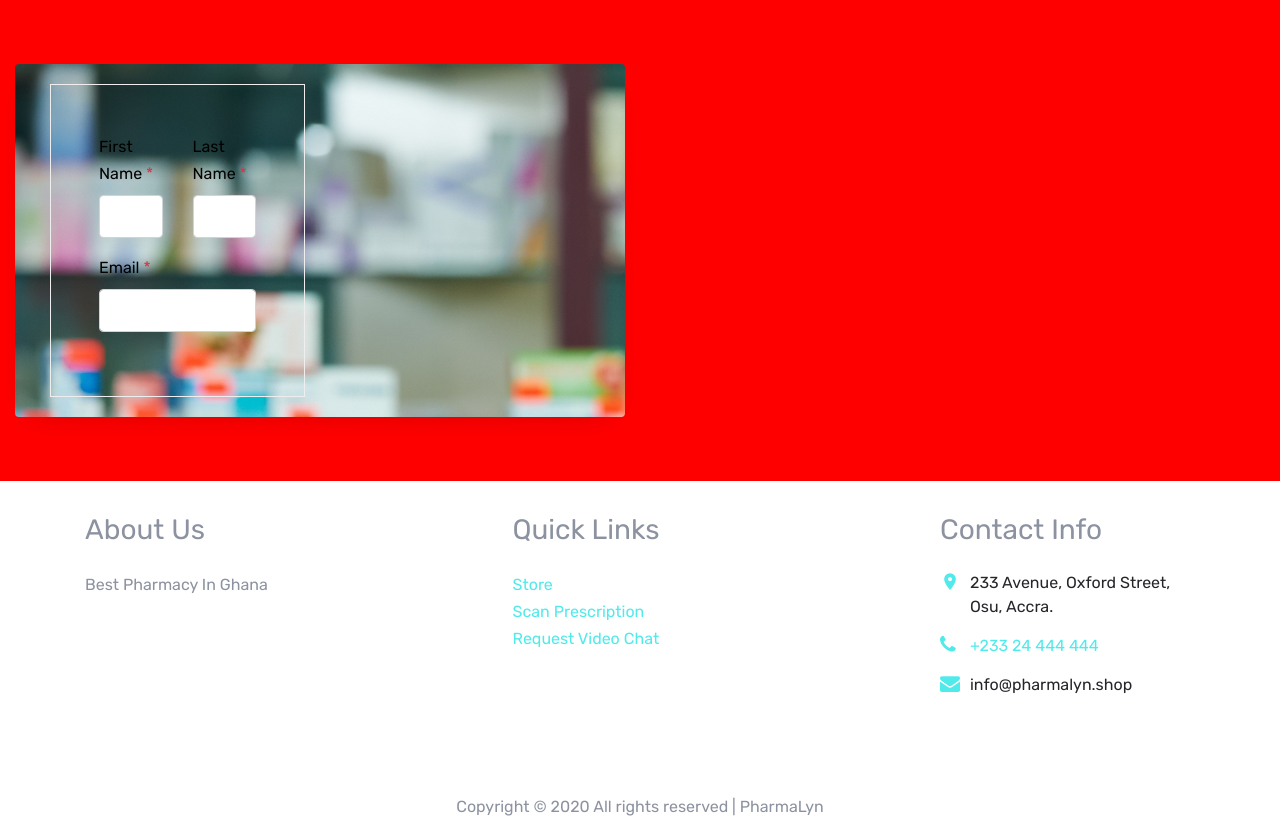
Repository: Nat-A/finalyearproject
Page: pharma/index - Copy.html
An editor plug-in stored every save of this project. The page is shown before and after a run of saves, followed by the edit.
The browser window is 1280 px wide. The pictures show the part of the page from y = 802 to 1638 px (the page is 1638 px tall).

Above is the page before, as saved 2020-06-03 12:54:53.

### pharma/index - Copy.html
<!DOCTYPE html>
<html lang="en">

<head>
    <title>PharmaLyn &mdash; HomePage</title>
    <meta charset="utf-8">
    <meta name="viewport" content="width=device-width, initial-scale=1, shrink-to-fit=no">

    <link href="https://fonts.googleapis.com/css?family=Rubik:400,700|Crimson+Text:400,400i" rel="stylesheet">
    <link rel="stylesheet" href="fonts/icomoon/style.css">

    <link rel="stylesheet" href="css/bootstrap.min.css">
    <link rel="stylesheet" href="css/magnific-popup.css">
    <link rel="stylesheet" href="css/jquery-ui.css">
    <link rel="stylesheet" href="css/owl.carousel.min.css">
    <link rel="stylesheet" href="css/owl.theme.default.min.css">


    <link rel="stylesheet" href="css/aos.css">

    <link rel="stylesheet" href="css/style.css">

</head>

<body>

    <div class="site-wrap">

        <!-- navbar  -->
        <div class="site-navbar py-2">

            <div class="search-wrap">
                <div class="container">
                    <a href="#" class="search-close js-search-close"><span class="icon-close2"></span></a>
                    <!-- search feature -->
                    <form action="#" method="post">
                        <input type="text" class="form-control" placeholder="Search drug...">
                    </form>
                </div>
            </div>

            <div class="container">
                <div class="d-flex align-items-center justify-content-between">
                    <div class="logo">
                        <div class="site-logo">
                            <a href="index.html" class="js-logo-clone">PharmaLyn</a>
                        </div>
                    </div>
                    <div class="main-nav d-none d-lg-block">
                        <nav class="site-navigation text-right text-md-center" role="navigation">
                            <ul class="site-menu js-clone-nav d-none d-lg-block">
                                <li class="active"><a href="index.html">Home</a></li>

                                <li class="has-children">
                                    <a href="#">Services</a>
                                    <ul class="dropdown">
                                        <li><a href="shop.html">Store</a></li>
                                        <li><a href="#">Scan Prescription</a></li>
                                        <li><a href="#">Request Video Chat</a></li>
                                    </ul>
                                </li>
                                <li><a href="contact.html">Contact</a></li>
                                <li><a href="about.html">About</a></li>
                                <li><a href="#">Log In / Sign Up  </a></li>
                                <!-- insert modal here -->
                            </ul>
                        </nav>
                    </div>
                    <div class="icons">
                        <a href="#" class="icons-btn d-inline-block js-search-open"><span class="icon-search"></span></a>
                        <a href="cart.html" class="icons-btn d-inline-block bag">
                            <span class="icon-shopping-bag"></span>
                            <!-- subject to the items in the cart -->
                            <span class="number">2</span>
                        </a>
                        <a href="#" class="site-menu-toggle js-menu-toggle ml-3 d-inline-block d-lg-none"><span
                class="icon-menu"></span></a>
                    </div>
                </div>
            </div>
        </div>
        <!-- end of navbar -->


        <!-- site banner -->
        <div class="site-blocks-cover" style="background-image: url('images/pills.jpg');">
            <div class="container">
                <div class="row">
                    <div class="col-lg-7 mx-auto order-lg-2 align-self-center">
                        <div class="site-block-cover-content text-center">
                            <h2 class="sub-title">PharmaLyn, We Care For You</h2>
                            <h1>Welcome To PharmaLyn</h1>
                            <p>
                                <a href="shop.html" class="btn btn-primary px-5 py-3">Shop Now</a>
                            </p>
                        </div>
                    </div>
                </div>
            </div>
        </div>
        <!-- end of banner -->


        <!-- brands -->
        <div class="jumbotron jumbotron-fluid" style="background: red">


            <div class="col-lg-6 mb-5 mb-lg-0 ">
                <a class="banner-1 h-100" style="background: url( 'images/avatars/doctor4.jpg'); ">
                    <div class="banner-1-inner align-self-center ">

                        <div class="col-md-12">

                            <form action="#" method="post">

                                <div class="p-3 p-lg-5 border">
                                    <div class="form-group row">
                                        <div class="col-md-6">
                                            <label for="c_fname" class="text-black">First Name <span class="text-danger">*</span></label>
                                            <input type="text" class="form-control" id="c_fname" name="c_fname">
                                        </div>
                                        <div class="col-md-6">
                                            <label for="c_lname" class="text-black">Last Name <span class="text-danger">*</span></label>
                                            <input type="text" class="form-control" id="c_lname" name="c_lname">
                                        </div>
                                    </div>
                                    <div class="form-group row">
                                        <div class="col-md-12">
                                            <label for="c_email" class="text-black">Email <span class="text-danger">*</span></label>
                                            <input type="email" class="form-control" id="c_email" name="c_email" placeholder="">
                                        </div>
                                    </div>




                                </div>
                            </form>
                        </div>
                    </div>
                </a>
            </div>








        </div>
    </div>
    <div class="container ">
        <div class="row ">
            <div class="col-md-6 col-lg-3 mb-4 mb-lg-0 ">

                <div class="block-7 ">
                    <h3 class="footer-heading mb-4 ">About Us</h3>
                    <p>Best Pharmacy In Ghana</p>
                </div>

            </div>
            <div class="col-lg-3 mx-auto mb-5 mb-lg-0 ">
                <h3 class="footer-heading mb-4 ">Quick Links</h3>
                <ul class="list-unstyled ">
                    <li><a href="shop.html ">Store</a></li>
                    <li><a href="# ">Scan Prescription</a></li>
                    <li><a href="# ">Request Video Chat</a></li>
                </ul>
            </div>

            <div class="col-md-6 col-lg-3 ">
                <div class="block-5 mb-5 ">
                    <h3 class="footer-heading mb-4 ">Contact Info</h3>
                    <ul class="list-unstyled ">
                        <li class="address ">233 Avenue, Oxford Street, Osu, Accra. </li>
                        <li class="phone "><a href="tel:// ">+233 24 444 444</a></li>
                        <li class="email ">info@pharmalyn.shop</li>
                    </ul>
                </div>
            </div>
        </div>
        <div class="row pt-5 text-center ">
            <div class="col-md-12 ">
                <p>
                    Copyright &copy;
                    <script>
                        document.write(new Date().getFullYear());
                    </script> All rights reserved | PharmaLyn
                </p>
            </div>
        </div>
    </div>
    </footer>
    <!-- end of footer -->
    </div>

    <script src="js/jquery-3.3.1.min.js "></script>
    <script src="js/jquery-ui.js "></script>
    <script src="js/popper.min.js "></script>
    <script src="js/bootstrap.min.js "></script>
    <script src="js/owl.carousel.min.js "></script>
    <script src="js/jquery.magnific-popup.min.js "></script>
    <script src="js/aos.js "></script>

    <script src="js/main.js "></script>

</body>

</html>

Loaded but not shown: pharma/fonts/icomoon/style.css (common file); pharma/css/bootstrap.min.css (library); pharma/css/magnific-popup.css (library); pharma/css/jquery-ui.css (library); pharma/css/owl.carousel.min.css (common file); pharma/css/owl.theme.default.min.css (common file); pharma/css/aos.css (library); pharma/js/jquery-3.3.1.min.js (library); pharma/js/jquery-ui.js (library); pharma/js/popper.min.js (library); pharma/js/bootstrap.min.js (library); pharma/js/owl.carousel.min.js (library); pharma/js/jquery.magnific-popup.min.js (library); pharma/js/aos.js (library); pharma/js/main.js (219 lines, source omitted); pharma/css/style.css (1125 lines, source omitted)

After the next 2 saves:
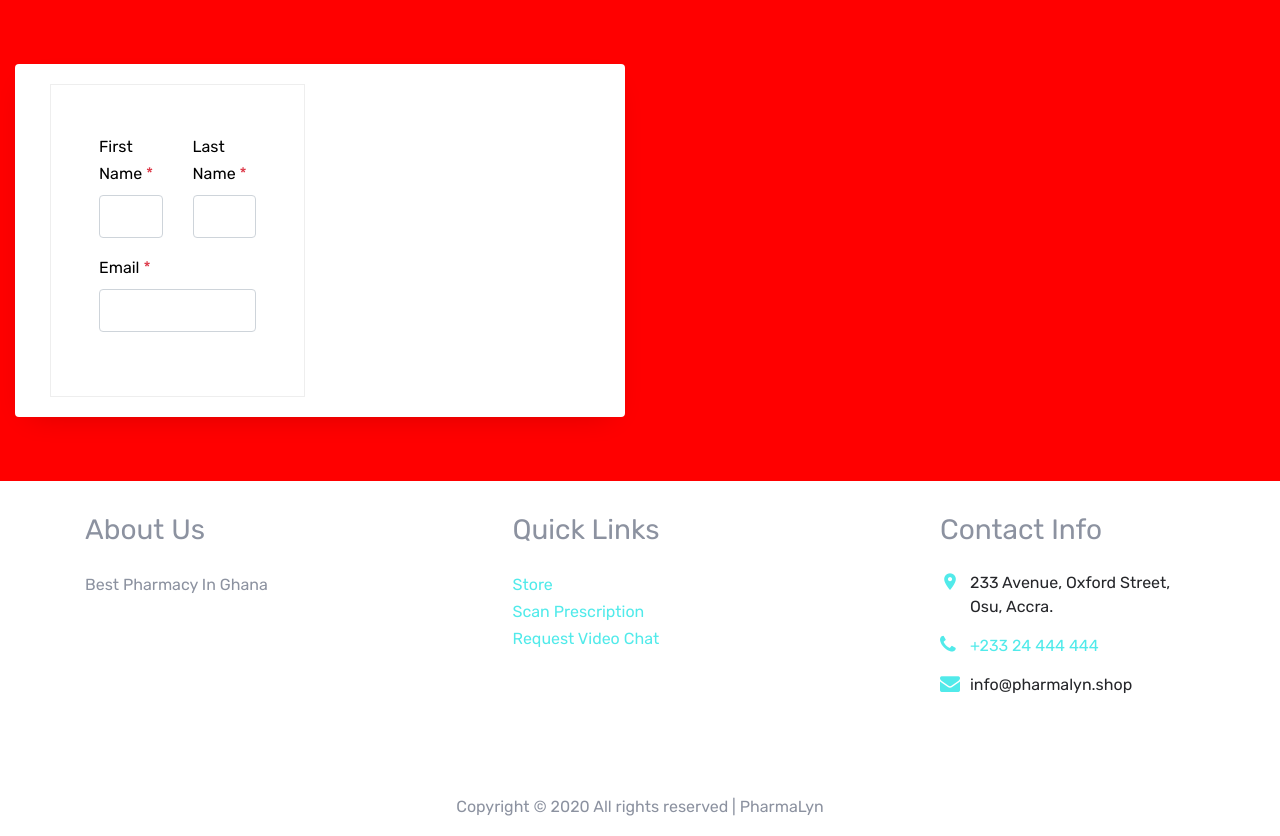
The 2 saves are shown as one change because they came seconds apart.
The last was saved 7 s later.
--- a/pharma/index - Copy.html
+++ b/pharma/index - Copy.html
@@ -106,7 +106,7 @@
 
 
             <div class="col-lg-6 mb-5 mb-lg-0 ">
-                <a class="banner-1 h-100" style="background: url( 'images/avatars/doctor4.jpg'); ">
+                <a class="banner-1 h-100" style="background: #fff; ">
                     <div class="banner-1-inner align-self-center ">
 
                         <div class="col-md-12">
